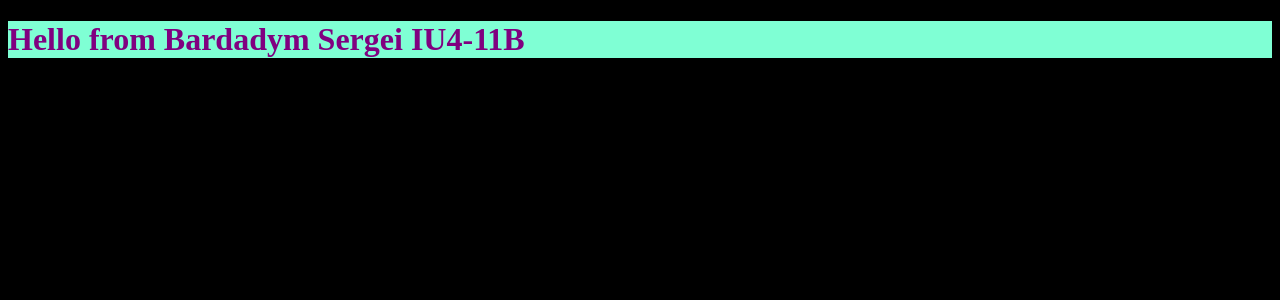
Repository: ktilab/kti-infrastructure
Page: html/index.html
The author's editor kept a copy of each file at every save. The page is drawn from the files as they stood at one save, then again after the next save.
The browser window is 1280 px wide. The pictures show the whole page.

Above is the page before, as saved 2022-12-02 18:34:19.

### html/index.html
<!DOCTYPE html>
<html lang="en">
    <head>
        <style type="text/css">
            * {
                background-color: black;
            h1
            {
                background-color: orange;
                color: purple;
            }
        </style>
        <meta charset="UTF-8">
        <title>Hello!</title>
    </head>
    <body>
        <h1 style = 'background-color: aquamarine;'>Hello from Bardadym Sergei IU4-11B</h1>
    </body>
</html>

After the next save:
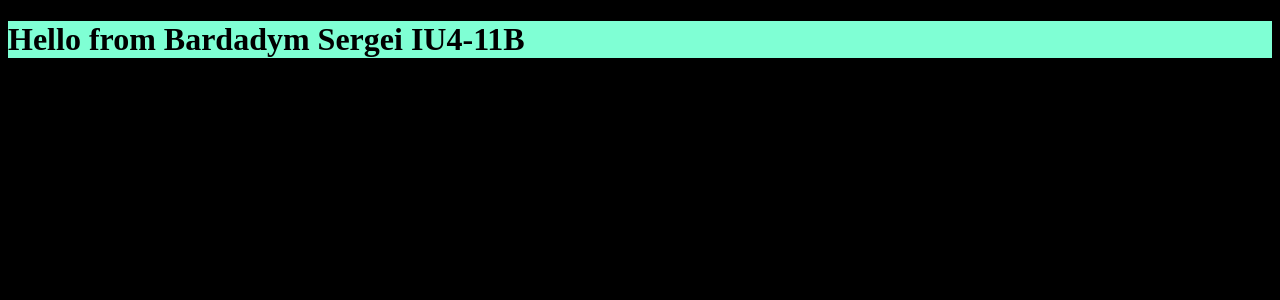
Saved 24 min 12 s later.
--- a/html/index.html
+++ b/html/index.html
@@ -4,11 +4,6 @@
         <style type="text/css">
             * {
                 background-color: black;
-            h1
-            {
-                background-color: orange;
-                color: purple;
-            }
         </style>
         <meta charset="UTF-8">
         <title>Hello!</title>
